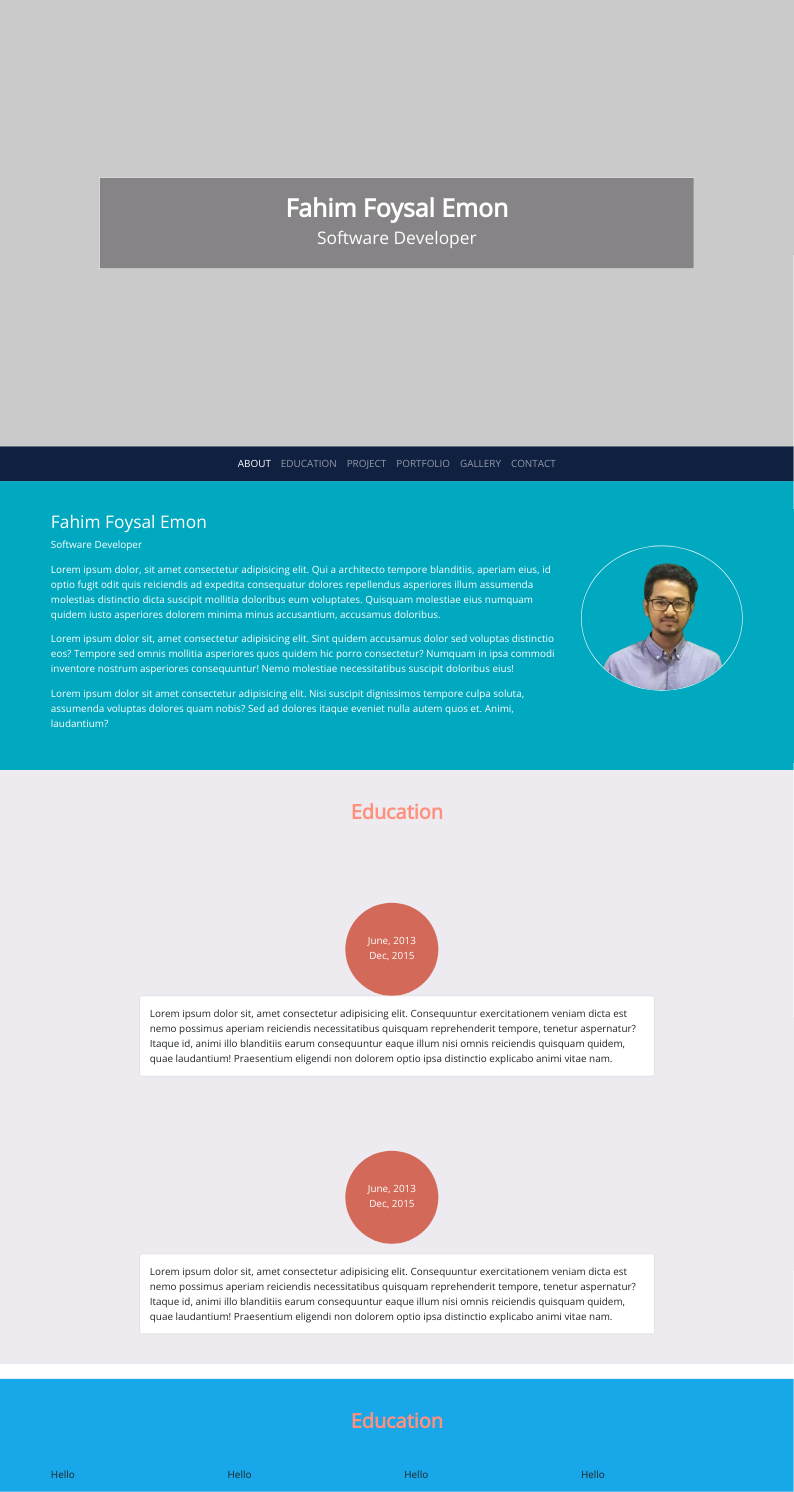
Repository: emowzz/emowzz.github.io
Page: index.html
These files come from the project's save history. The page is drawn as it stood at one moment and after the next save; the edit follows.
The browser window is 1280 px wide. The pictures show the whole page, at 62% of full size.
Some web libraries are served in a nearby version.

Above is the page before, as saved 2021-03-17 23:10:04.

### index.html
<!doctype html>
<html lang="en">

<head>
  <!-- Required meta tags -->
  <meta charset="utf-8">
  <meta name="viewport" content="width=device-width, initial-scale=1">
  <link rel="shortcut icon" type="image/png" href="./Image/myImgZoom.jpg">
  <!-- Bootstrap CSS -->
  <link href="https://cdn.jsdelivr.net/npm/bootstrap@5.0.0-beta2/dist/css/bootstrap.min.css" rel="stylesheet"
    integrity="sha384-BmbxuPwQa2lc/FVzBcNJ7UAyJxM6wuqIj61tLrc4wSX0szH/Ev+nYRRuWlolflfl" crossorigin="anonymous">
  <link rel="preconnect" href="https://fonts.gstatic.com">
  <link href="https://fonts.googleapis.com/css2?family=Open+Sans:wght@300&display=swap" rel="stylesheet">
  <link rel="stylesheet" href="./CSS/style.css">


  <title>Hi There, I'm Fahim Foysal Emon!</title>

  <script src="https://kit.fontawesome.com/a076d05399.js" crossorigin="anonymous"></script>
</head>

<body>

  <!-- this is banner section -->
  <section class="banner-container container-fluid">
    <div class="row vh-100">
      <div class="col-md-9 banner-column m-auto text-center text-white p-4 border border-light">
        <h1 class="display:4 fw-bolder">Fahim Foysal Emon</h1>
        <h3>Software Developer</h3>
      </div>
    </div>
  </section>

  <!-- this is nav-bar section -->
  <nav class="navbar navbar-expand-lg navbar-dark navbar-container">
    <div class="container-fluid">
      <button class="navbar-toggler" type="button" data-bs-toggle="collapse" data-bs-target="#navbarSupportedContent"
        aria-controls="navbarSupportedContent" aria-expanded="false" aria-label="Toggle navigation">
        <span class="navbar-toggler-icon"></span>
      </button>
      <div class="collapse navbar-collapse" id="navbarSupportedContent">
        <ul class="navbar-nav m-auto mb-2 mb-lg-0">
          <li class="nav-item">
            <a class="nav-link active" aria-current="page" href="#About">ABOUT</a>
          </li>
          <li class="nav-item">
            <a class="nav-link" href="#Education">EDUCATION</a>
          </li>
          <li class="nav-item">
            <a class="nav-link" href="#Project">PROJECT</a>
          </li>
          <li class="nav-item">
            <a class="nav-link" href="#Portfolio">PORTFOLIO</a>
          </li>
          <li class="nav-item">
            <a class="nav-link" href="#Gallery">GALLERY</a>
          </li>
          <li class="nav-item">
            <a class="nav-link" href="#Contact">CONTACT</a>
          </li>
        </ul>
      </div>
    </div>
  </nav>

  <!-- this is about section -->
  <div class="about-container" id="About">
    <div class="container">
      <div class="row align-items-center justify-content-center">
        <div class="col-md-9 py-5 text-white">
          <h3>Fahim Foysal Emon</h3>
          <p>Software Developer</p>
          <p>Lorem ipsum dolor, sit amet consectetur adipisicing elit. Qui a architecto tempore blanditiis, aperiam
            eius, id optio fugit odit quis reiciendis ad expedita consequatur dolores repellendus asperiores illum
            assumenda molestias distinctio dicta suscipit mollitia doloribus eum voluptates. Quisquam molestiae eius
            numquam quidem iusto asperiores dolorem minima minus accusantium, accusamus doloribus.</p>
          <p>Lorem ipsum dolor sit, amet consectetur adipisicing elit. Sint quidem accusamus dolor sed voluptas
            distinctio eos? Tempore sed omnis mollitia asperiores quos quidem hic porro consectetur? Numquam in ipsa
            commodi inventore nostrum asperiores consequuntur! Nemo molestiae necessitatibus suscipit doloribus eius!
          </p>
          <p>
            Lorem ipsum dolor sit amet consectetur adipisicing elit. Nisi suscipit dignissimos tempore culpa soluta,
            assumenda voluptas dolores quam nobis? Sed ad dolores itaque eveniet nulla autem quos et. Animi, laudantium?
          </p>
        </div>

        <div class="col-md-3 mb-4">
          <img src="/Image/myImg.png" alt="" class="img-fluid border rounded-circle border-light">
        </div>
      </div>
    </div>
  </div>

  <!-- this is education section -->
  <div class="education-container" id="Education">
    <div class="container">
      <div class="row text-center">
        <div class="col py-5">
          <h2 class="bg-redType-color fw-bolder">
            Education
          </h2>
        </div>
      </div>

      <div class="row my-4 py-5 align-items-center justify-content-center">
        <div class="col-md-2 pd-3 mx-5">
          <div class="circle text-center text-white">
            <p class="py-5">
              June, 2013 <br>
              Dec, 2015
            </p>
          </div>
        </div>

        <div class="col-md-9">
          <div class="card">
            <div class="card-body">
              Lorem ipsum dolor sit, amet consectetur adipisicing elit. Consequuntur exercitationem veniam dicta est
              nemo possimus aperiam reiciendis necessitatibus quisquam reprehenderit tempore, tenetur aspernatur? Itaque
              id, animi illo blanditiis earum consequuntur eaque illum nisi omnis reiciendis quisquam quidem, quae
              laudantium! Praesentium eligendi non dolorem optio ipsa distinctio explicabo animi vitae nam.
            </div>
          </div>
        </div>

      </div>

      <div class="row my-4 py-5 align-items-center justify-content-center">
        <div class="col-md-2 pb-3 mx-5">
          <div class="circle text-center text-white">
            <p class="py-5">
              June, 2013 <br>
              Dec, 2015
            </p>
          </div>
        </div>

        <div class="col-md-9">
          <div class="card">
            <div class="card-body">
              Lorem ipsum dolor sit, amet consectetur adipisicing elit. Consequuntur exercitationem veniam dicta est
              nemo possimus aperiam reiciendis necessitatibus quisquam reprehenderit tempore, tenetur aspernatur? Itaque
              id, animi illo blanditiis earum consequuntur eaque illum nisi omnis reiciendis quisquam quidem, quae
              laudantium! Praesentium eligendi non dolorem optio ipsa distinctio explicabo animi vitae nam.
            </div>
          </div>
        </div>

      </div>
    </div>
  </div>

  <!-- this is project section -->

  <div class="project-container">
    <div class="container">
      <div class="row text-center">
        <div class="col py-5">
          <h2 class="bg-redType-color fw-bolder">
            Education
          </h2>
        </div>
      </div>
      <div class="row">
        <div class="col-md-3">
          <p>Hello</p>
        </div>
        <div class="col-md-3">
          <p>Hello</p>
        </div>
        <div class="col-md-3">
          <p>Hello</p>
        </div>
        <div class="col-md-3">
          <p>Hello</p>
        </div>
      </div>
    </div>
  </div>

  <!-- Optional JavaScript; choose one of the two! -->

  <!-- Option 1: Bootstrap Bundle with Popper -->
  <script src="https://cdn.jsdelivr.net/npm/bootstrap@5.0.0-beta2/dist/js/bootstrap.bundle.min.js"
    integrity="sha384-b5kHyXgcpbZJO/tY9Ul7kGkf1S0CWuKcCD38l8YkeH8z8QjE0GmW1gYU5S9FOnJ0"
    crossorigin="anonymous"></script>

  <!-- Option 2: Separate Popper and Bootstrap JS -->
  <!--
    <script src="https://cdn.jsdelivr.net/npm/@popperjs/core@2.6.0/dist/umd/popper.min.js" integrity="sha384-KsvD1yqQ1/1+IA7gi3P0tyJcT3vR+NdBTt13hSJ2lnve8agRGXTTyNaBYmCR/Nwi" crossorigin="anonymous"></script>
    <script src="https://cdn.jsdelivr.net/npm/bootstrap@5.0.0-beta2/dist/js/bootstrap.min.js" integrity="sha384-nsg8ua9HAw1y0W1btsyWgBklPnCUAFLuTMS2G72MMONqmOymq585AcH49TLBQObG" crossorigin="anonymous"></script>
    -->
</body>

</html>

### CSS/style.css
body {
    font-family: 'Open Sans', sans-serif;
}


.banner-container {
    background-color: #CACACA;
}

.banner-column {
    background-color: #868486;
}

.navbar-container {
    background-color: #102040;
}

.about-container {
    background-color: #00A9C0;
}

.education-container {
    background-color: #eeebf0;
}

.bg-redType {
    background-color: #d36959;
}

.bg-redType-color {
    color: #FF907E;
}

.circle {
    background-color: #d36959;
    width: 150px;
    height: 150px;
    border-radius: 50%;
}

.project-container {
    background-color: #18a7e9;
}

After the next save:
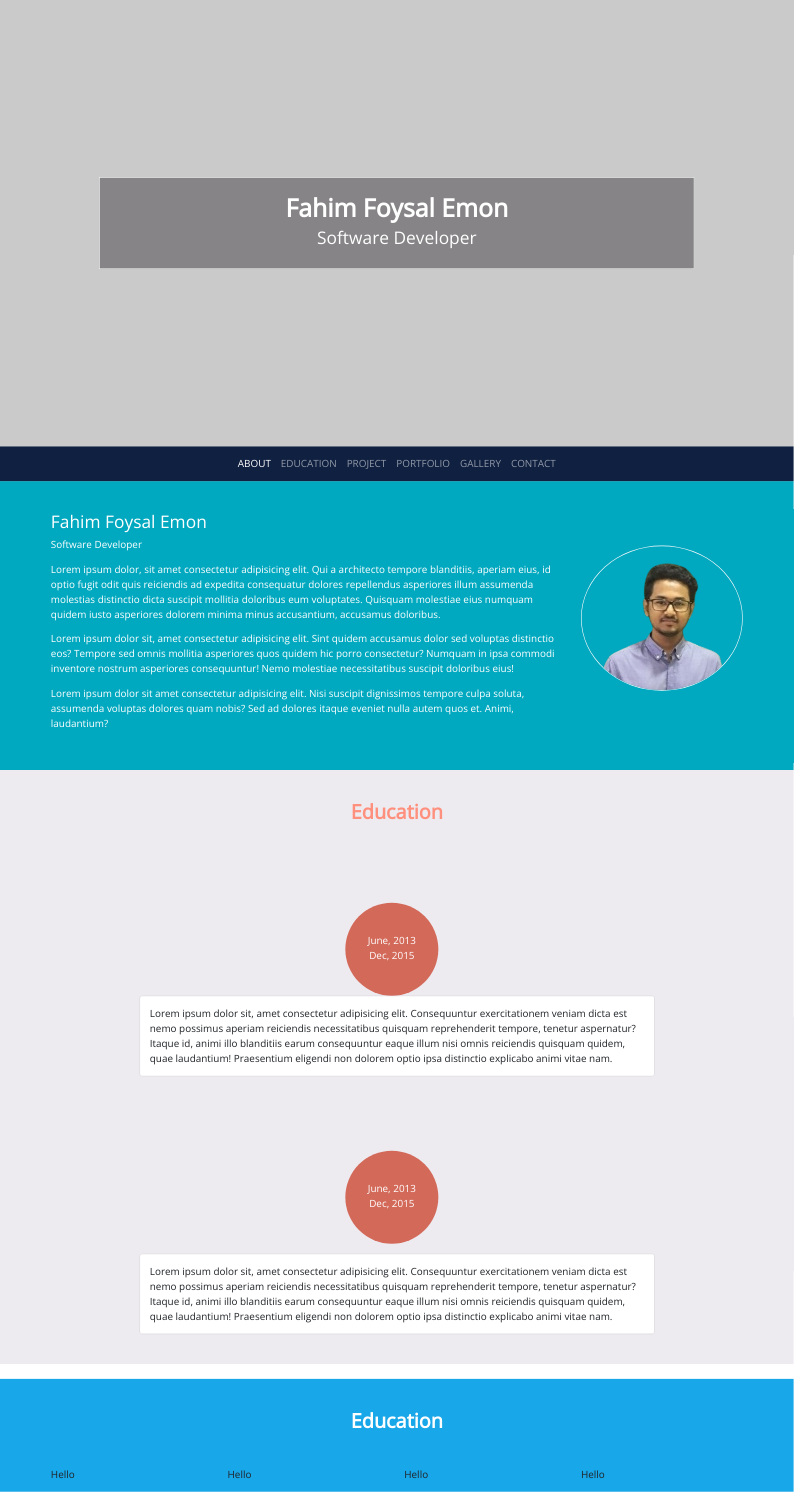
Saved 18 s later.
--- a/index.html
+++ b/index.html
@@ -156,7 +156,7 @@
     <div class="container">
       <div class="row text-center">
         <div class="col py-5">
-          <h2 class="bg-redType-color fw-bolder">
+          <h2 class="text-white fw-bolder">
             Education
           </h2>
         </div>
